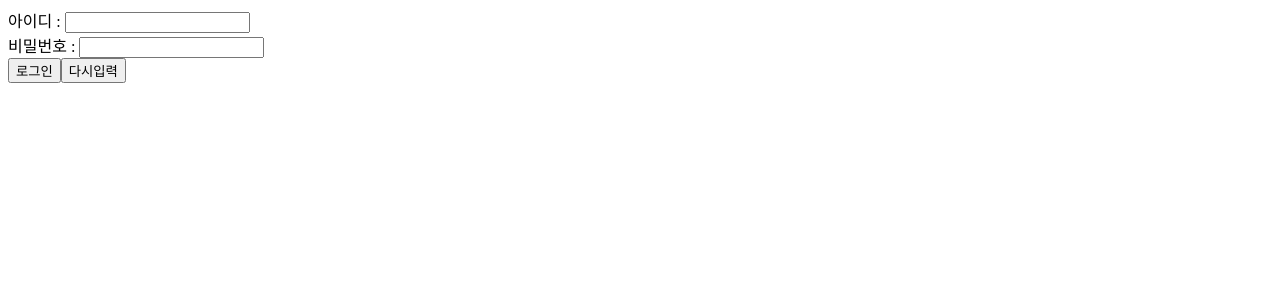
Repository: MyeongHyeonYoo/jsp_data
Page: pro06/src/main/webapp/login2.html
The author's editor kept a copy of each file at every save. The page is drawn from the files as they stood at one save, then again after a run of saves.
The browser window is 1280 px wide. The pictures show the whole page.

Above is the page before, as saved 2022-12-06 05:13:37.
Console error: TypeError: Cannot read properties of undefined (reading 'user_id')

### pro06/src/main/webapp/login2.html
<!DOCTYPE html>
	<html>
	<head>
	<meta charset="UTF-8">
	<script>
		function fn_validate() {}
		let frmLogin = document.frmLogin;
		let user_id = frmLogin.user_id.value;
		let user_pw = frmLogin.user_pw.value;

		if ((user_id.length == 0 || user_id == "") || (user_pw.length == 0 || user_pw == "")) {
			alert("아이디와 비밀번호는 필수입니다.");
		}
		else {}
		frmLogin.method = "post";
		fromLogin.action = "login5";
		frmLogin.submit();
	</script>

	<title>로그인 창</title>
	</head>
	<body>
		<form name="frmLogin" method="post" action="login" encType="utf-8">
			아이디 : <input type="text" name="user_id"><br>
			비밀번호 : <input type="password" name="user_pw"><br>
			<input type="submit" value="로그인"><input type="reset" value="다시입력">
		</form>
	</body>
</html>

After the next 2 saves:
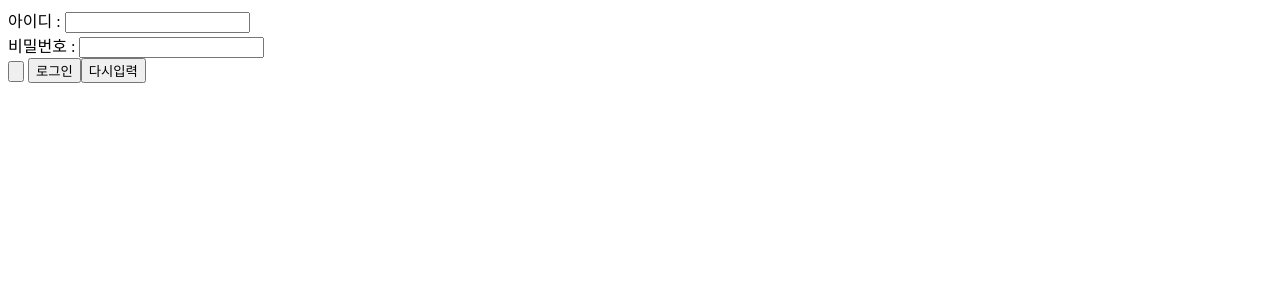
The 2 saves are shown as one change because they came seconds apart.
The last was saved 108 s later.
--- a/pro06/src/main/webapp/login2.html
+++ b/pro06/src/main/webapp/login2.html
@@ -23,6 +23,7 @@
 		<form name="frmLogin" method="post" action="login" encType="utf-8">
 			아이디 : <input type="text" name="user_id"><br>
 			비밀번호 : <input type="password" name="user_pw"><br>
+			<input type="button" onClick="fn_validate()" value"로그인">
 			<input type="submit" value="로그인"><input type="reset" value="다시입력">
 		</form>
 	</body>
